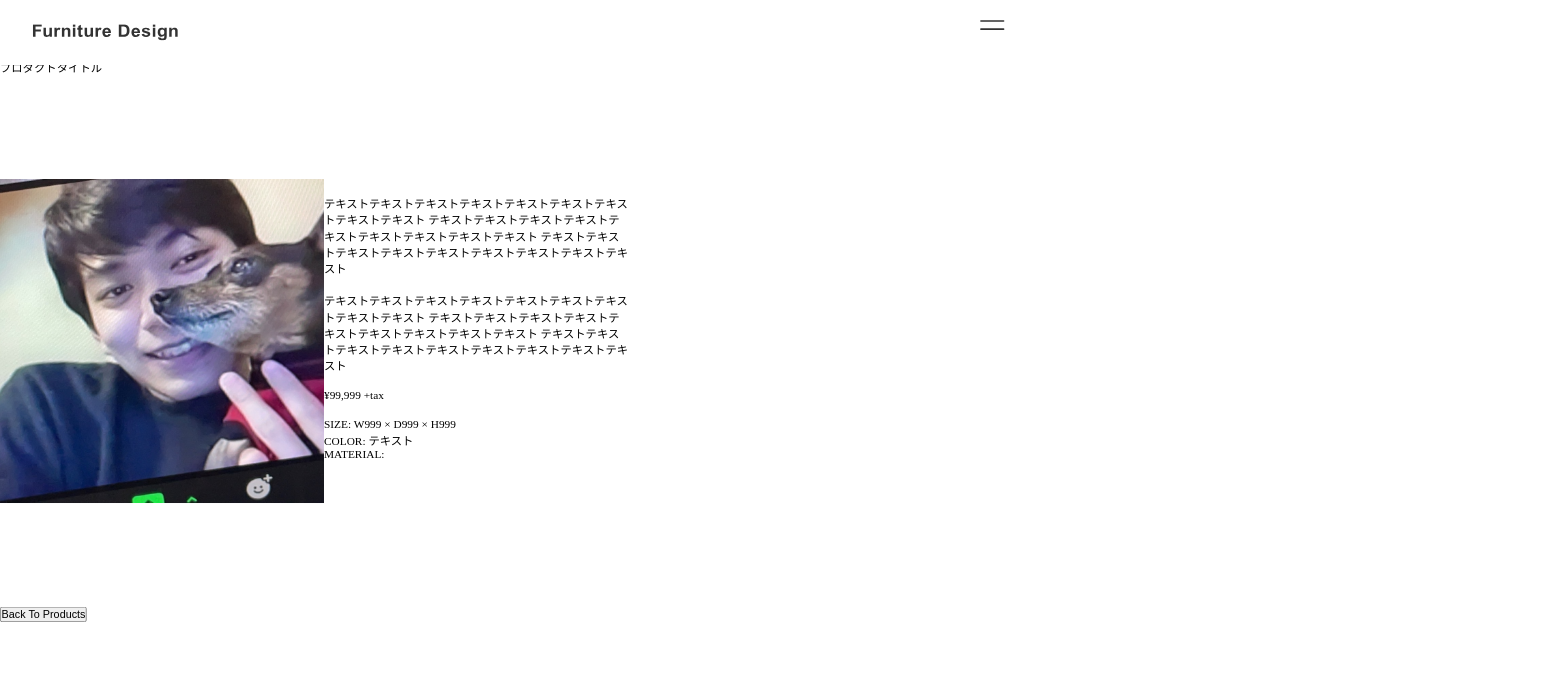
Repository: kohei23n/tenfeet
Page: menbers2/index.html
The author's editor kept a copy of each file at every save. The page is drawn from the files as they stood at one save, then again after the next save.
The browser window is 1280 px wide. The page is 1920 px wide, so the pictures cover 1920 px, including what lies to the right of the window. The pictures show the whole page, at 81% of full size.

Above is the page before, as saved 2022-02-08 21:59:04.

After the next save:
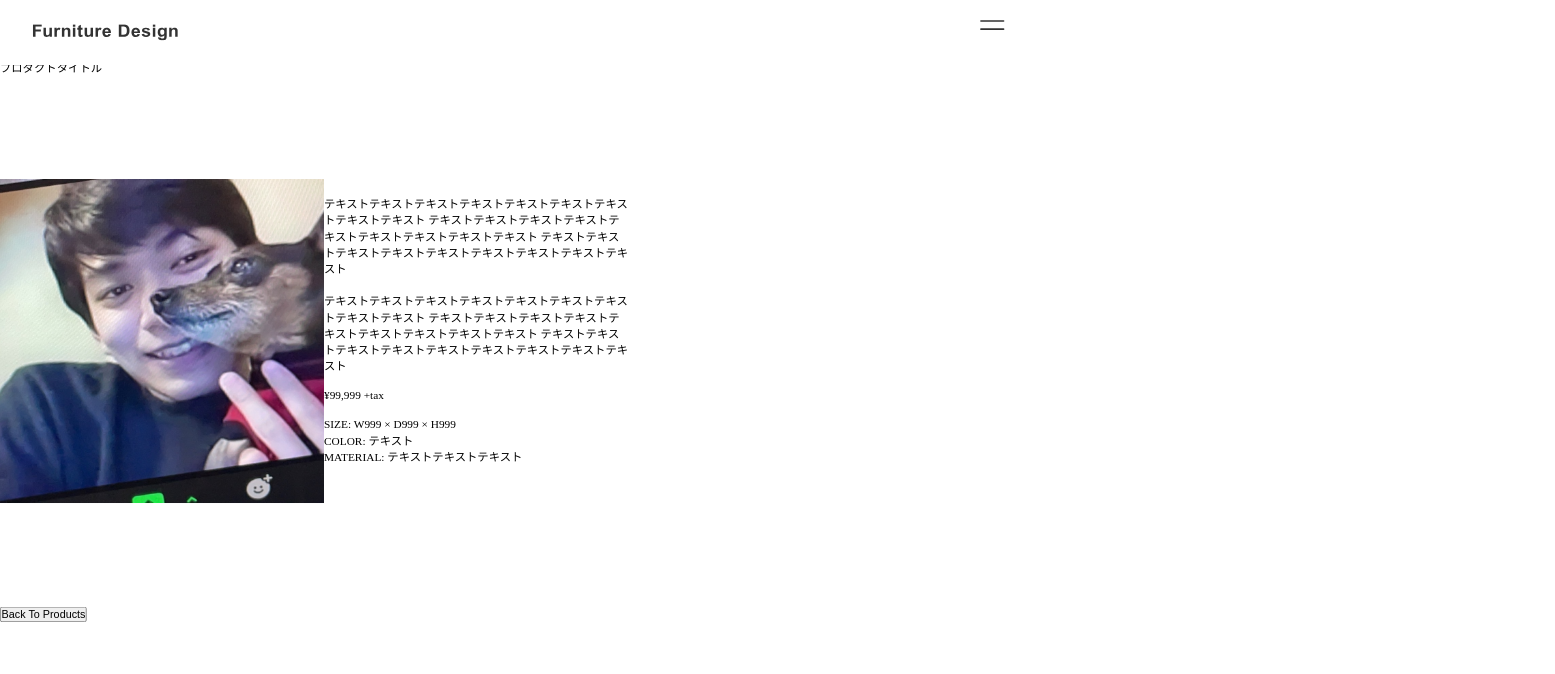
Saved 13 s later.
--- a/menbers2/menbers2.js
+++ b/menbers2/menbers2.js
@@ -7,7 +7,8 @@ let content = `<h1 class="member_name">プロダクトタイトル</h1>
         <p class="message">¥99,999 +tax</p>
         <p class="message">SIZE:      W999 × D999 × H999<br>
         COLOR:       テキスト<br>
-        MATERIAL:</p>
+        MATERIAL:
+        テキストテキストテキスト</p>
 </div>
 </section>
 <button class="page_back">Back To Products</button>
